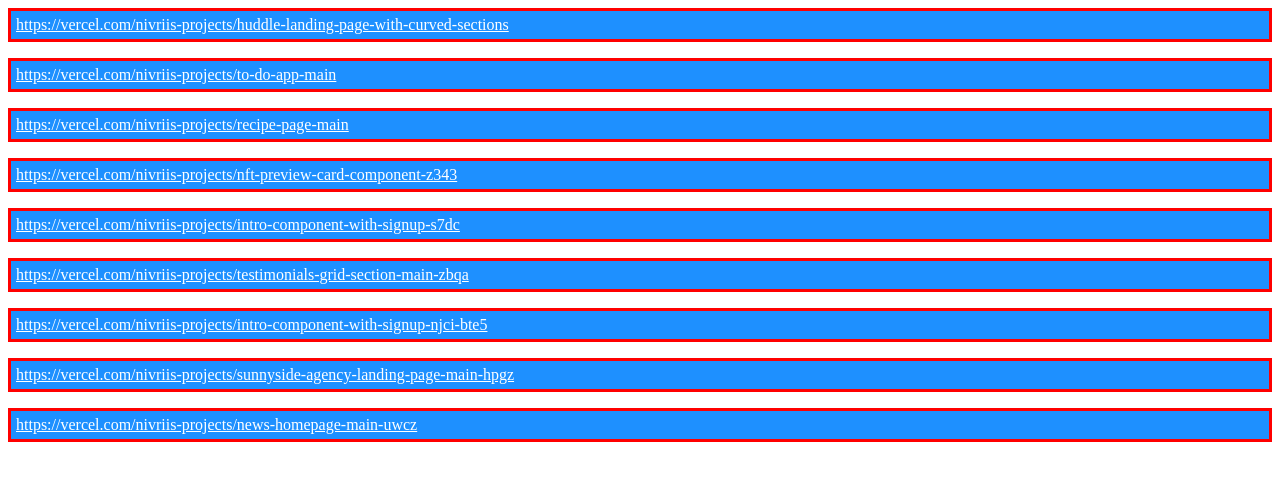
Repository: nivrii/links
Page: links.html
The author's editor kept a copy of each file at every save. The page is drawn from the files as they stood at one save, then again after the next save.
The browser window is 1280 px wide. The pictures show the whole page.

Above is the page before, as saved 2024-07-06 20:50:27.

After the next save:
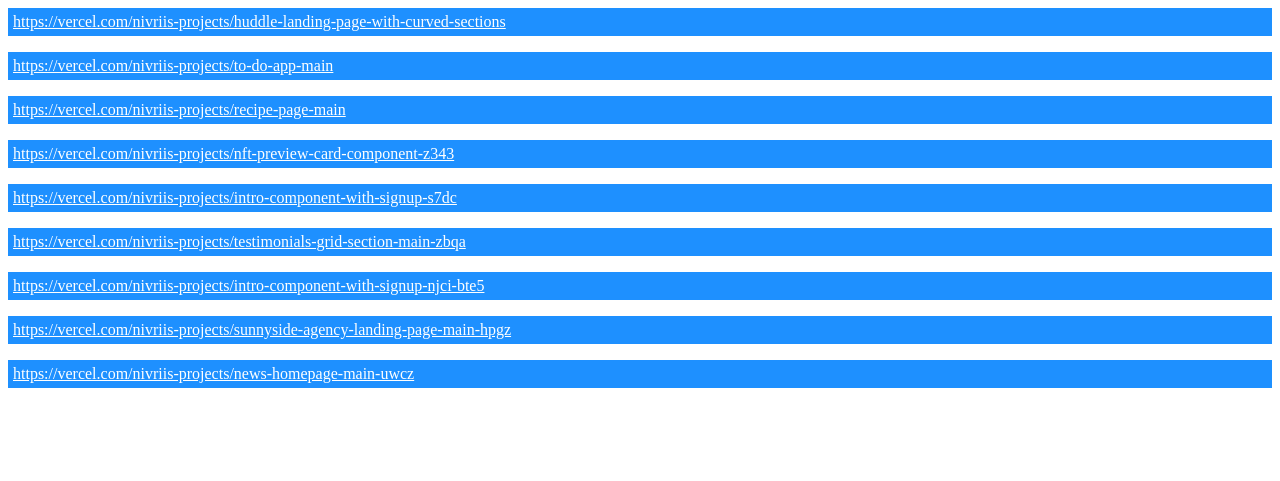
Saved 9 s later.
--- a/links.html
+++ b/links.html
@@ -15,7 +15,7 @@
       padding: 5px;
       background-color: dodgerblue;
       color: white;
-      border: 3px solid red;
+
     }
   </style>
 </head>
